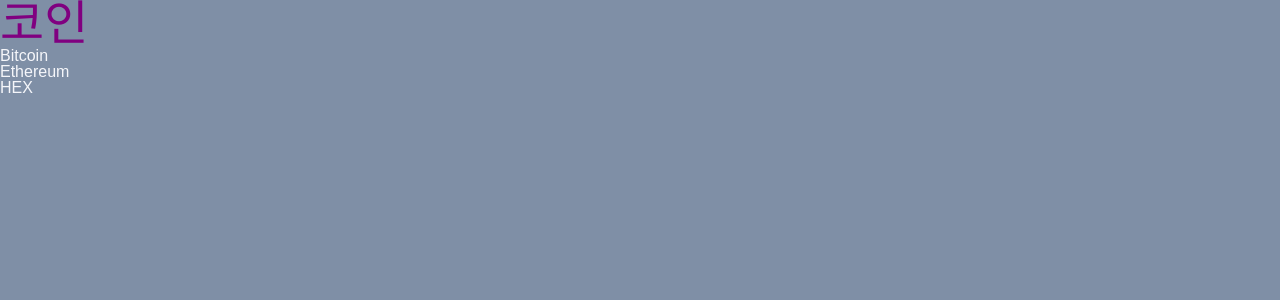
Repository: SeungYn/react-nomad
Page: / (app in cryptotracker/)
The author's editor kept a copy of each file at every save. The page is drawn from the files as they stood at one save, then again after the next save.
The browser window is 1280 px wide. The pictures show the whole page.
The project was rebuilt for these pictures with package versions that can differ from the ones it lists, and the page was loaded fresh each time. Also part of the build but not shown: cryptotracker/src/routes/Coin.tsx.

Above is the page before, as saved 2023-01-04 12:47:46.

### cryptotracker/src/index.tsx
import React from 'react';
import ReactDOM from 'react-dom/client';
import './index.css';
import App from './App';
import { ThemeProvider } from 'styled-components';
import { theme } from './theme';
import Router from './Router';

const root = ReactDOM.createRoot(
  document.getElementById('root') as HTMLElement
);
root.render(
  <React.StrictMode>
    <ThemeProvider theme={theme}>
      <App />
    </ThemeProvider>
  </React.StrictMode>
);

### cryptotracker/src/App.tsx
import { createGlobalStyle } from 'styled-components';
import Router from './Router';

const GlobalStyle = createGlobalStyle`
@import url('https://fonts.googleapis.com/css2?family=Source+Sans+Pro:wght@300;400&display=swap');
  html, body, div, span, applet, object, iframe,
h1, h2, h3, h4, h5, h6, p, blockquote, pre,
a, abbr, acronym, address, big, cite, code,
del, dfn, em, img, ins, kbd, q, s, samp,
small, strike, strong, sub, sup, tt, var,
b, u, i, center,
dl, dt, dd, menu, ol, ul, li,
fieldset, form, label, legend,
table, caption, tbody, tfoot, thead, tr, th, td,
article, aside, canvas, details, embed,
figure, figcaption, footer, header, hgroup,
main, menu, nav, output, ruby, section, summary,
time, mark, audio, video {
  margin: 0;
  padding: 0;
  border: 0;
  font-size: 100%;
  font: inherit;
  vertical-align: baseline;
}
/* HTML5 display-role reset for older browsers */
article, aside, details, figcaption, figure,
footer, header, hgroup, main, menu, nav, section {
  display: block;
}
/* HTML5 hidden-attribute fix for newer browsers */
*[hidden] {
    display: none;
}
body {
  line-height: 1;
}
menu, ol, ul {
  list-style: none;
}
blockquote, q {
  quotes: none;
}
blockquote:before, blockquote:after,
q:before, q:after {
  content: '';
  content: none;
}
table {
  border-collapse: collapse;
  border-spacing: 0;
}

*{
  box-sizing: border-box;
}

body {
  font-family: 'Source Sans Pro', sans-serif;
  background-color: ${(props) => {
    console.log(props.theme.bgColor);
    return props.theme.bgColor;
  }};
  color:${(props) => props.theme.textColor}
}

a{
  text-decoration:none;
}
`;

function App() {
  return (
    <>
      <GlobalStyle />
      <Router />
    </>
  );
}

export default App;

### cryptotracker/src/theme.ts
import { DefaultTheme } from 'styled-components';

export const theme: DefaultTheme = {
  textColor: '#f5f6fa',
  bgColor: '#7f8fa6',
  accentColor: 'purple',
};

### cryptotracker/src/Router.tsx
import { BrowserRouter, Routes, Route } from 'react-router-dom';
import Coin from './routes/Coin';
import Coins from './routes/Coins';

export default function Router() {
  return (
    <BrowserRouter>
      <Routes>
        <Route path='/:coinId' element={<Coin />}></Route>
        <Route path='/' element={<Coins />}></Route>
      </Routes>
    </BrowserRouter>
  );
}

### cryptotracker/src/routes/Coins.tsx
import styled from 'styled-components';

const Container = styled.div``;

const Header = styled.header``;

const CoinsList = styled.ul``;

const Coin = styled.li``;

const Title = styled.h1`
  font-size: 48px;
  color: ${(props) => props.theme.accentColor};
`;

const coins = [
  {
    id: 'btc-bitcoin',
    name: 'Bitcoin',
    symbol: 'BTC',
    rank: 1,
    is_new: false,
    is_active: true,
    type: 'coin',
  },
  {
    id: 'eth-ethereum',
    name: 'Ethereum',
    symbol: 'ETH',
    rank: 2,
    is_new: false,
    is_active: true,
    type: 'coin',
  },
  {
    id: 'hex-hex',
    name: 'HEX',
    symbol: 'HEX',
    rank: 3,
    is_new: false,
    is_active: true,
    type: 'token',
  },
];

export default function Coins() {
  return (
    <Container>
      <Header>
        <Title>코인</Title>
      </Header>
      <CoinsList>
        {coins.map((coin) => (
          <Coin key={coin.id}>{coin.name}</Coin>
        ))}
      </CoinsList>
    </Container>
  );
}

Loaded but not shown: cryptotracker/public/index.html (common file); cryptotracker/src/index.css (common file)

After the next save:
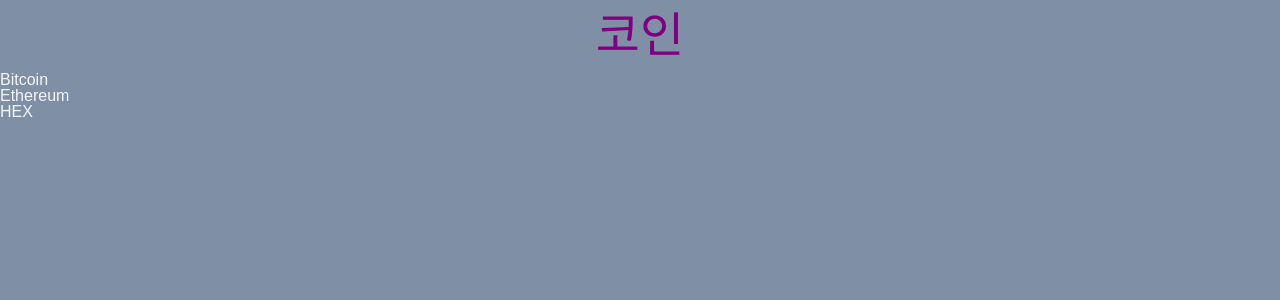
Saved 28 s later.
--- a/cryptotracker/src/routes/Coins.tsx
+++ b/cryptotracker/src/routes/Coins.tsx
@@ -2,7 +2,12 @@
 
 const Container = styled.div``;
 
-const Header = styled.header``;
+const Header = styled.header`
+  height: 10vh;
+  display: flex;
+  justify-content: center;
+  align-items: center;
+`;
 
 const CoinsList = styled.ul``;
 
